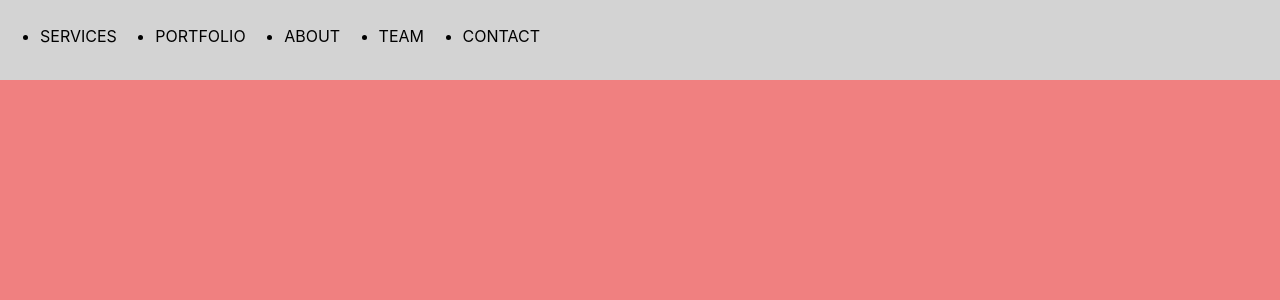
Repository: ooter37/media-queries-afternoon
Page: / (app in portfolio-clone/)
The author's editor kept a copy of each file at every save. The page is drawn from the files as they stood at one save, then again after the next save.
The browser window is 1280 px wide. The pictures show the whole page.
The project was rebuilt for these pictures with package versions that can differ from the ones it lists, and the page was loaded fresh each time.

Above is the page before, as saved 2020-04-13 13:20:43.

### portfolio-clone/src/App.js
import React from 'react';
import './App.css';
import Banner from './Components/Banner'

function App() {
  return (
    <div className="App">
      <Banner />
    </div>
  );
}

export default App;

### portfolio-clone/src/App.css
body {
  width: 100vw;
  background-color: lightcoral;
}

.header {
  width: 100%;
  height: 80px;
  background-color: lightgrey;
  display: flex;
}

.navbar {
  height: 100%;
  width: 100%;

}

.buttons {
  height: 50%;

  width: 500px;
	display: flex;
	flex-direction: row;
	justify-content: space-between;
	align-items: center;
}

### portfolio-clone/src/Components/Banner.js
import React from 'react'



export default class Banner extends React.Component {
    constructor() {
        super()

    }
    render() {
        return (
            <header className='header'>
                <nav>
                    <ul className='buttons'>
                        <li>
                            <div>SERVICES</div>
                        </li>
                        <li>
                            <div>PORTFOLIO</div>
                        </li>
                        <li>
                            <div>ABOUT</div>
                        </li>
                        <li>
                            <div>TEAM</div>
                        </li>
                        <li>
                            <div>CONTACT</div>
                        </li>
                    </ul>
                </nav>
            </header>
        )
    }
}

Loaded but not shown: portfolio-clone/public/index.html (common file); portfolio-clone/src/index.js (common file); portfolio-clone/src/index.css (common file); portfolio-clone/src/serviceWorker.js (common file)

After the next save:
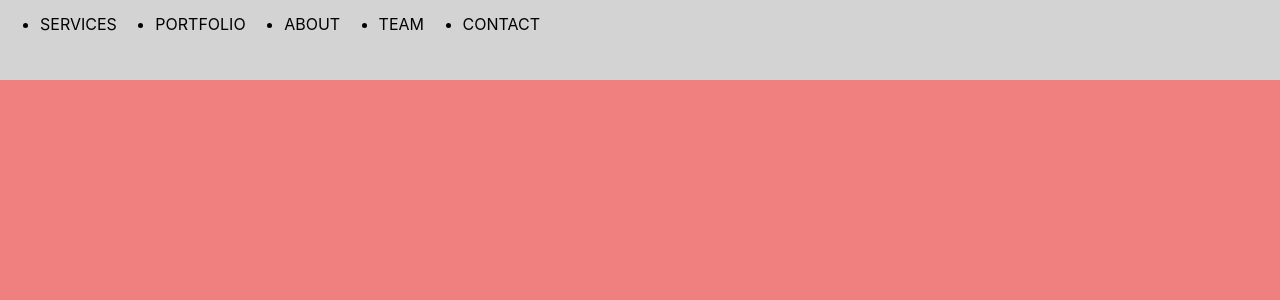
Saved 11 s later.
--- a/portfolio-clone/src/App.css
+++ b/portfolio-clone/src/App.css
@@ -17,7 +17,7 @@ body {
 }
 
 .buttons {
-  height: 50%;
+  height: 20%;
 
   width: 500px;
 	display: flex;
